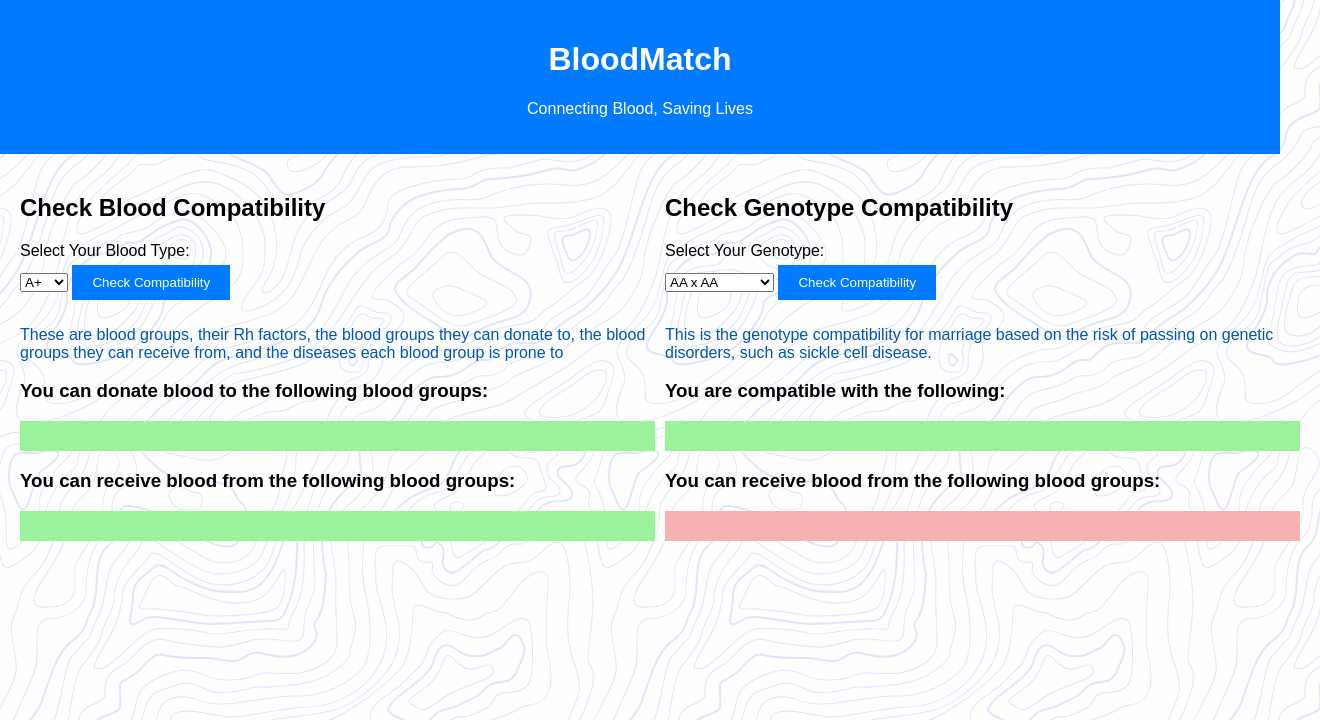
Repository: JuliusMonday/BloodMatch
Page: index.html
These files come from the project's save history. The page is drawn as it stood at one moment and after the next save; the edit follows.
The browser window is 1280 px wide. The page is 1320 px wide, so the pictures cover 1320 px, including what lies to the right of the window. The pictures show the whole page.

Above is the page before, as saved 2024-05-03 11:32:20.

### index.html
<!DOCTYPE html>
<html lang="en">
<head>
  <meta charset="UTF-8">
  <meta name="viewport" content="width=device-width, initial-scale=1.0">
  <title>BloodMatch</title>
  <link rel="stylesheet" href="style.css">
</head>
<body>
  <header>
    <h1>BloodMatch</h1>
    <p>Connecting Blood, Saving Lives</p>
  </header>
  <main>
    <section id="bloodType">
      <h1>Check Blood Compatibility</h1>
      <label for="selectBloodType">Select Your Blood Type:</label>
      <select id="selectBloodType">
        <option value="A+">A+</option>
        <option value="A-">A-</option>
        <option value="B+">B+</option>
        <option value="B-">B-</option>
        <option value="AB+">AB+</option>
        <option value="AB-">AB-</option>
        <option value="O+">O+</option>
        <option value="O+">O+</option>
      </select>
      <button onclick="checkBloodCompatibility()">Check Compatibility</button>
      <div id="compatibilityResult">
        <p class="p-s"> These are blood groups, their Rh factors, the blood groups they can donate to, the blood groups they can receive from, and the diseases each blood group is prone to</p>
        <div class="donate-to">
            <h3>You can donate blood to the following blood groups:</h3>
            <p id="donate-to-bg" style="background-color:rgb(154, 243, 154); padding:15px; font-weight: bold;"></p>
        </div>
        <div class="receive-from">
            <h3>You can receive blood from the following blood groups:</h3>
            <p id="receive-from-bg" style="background-color:rgb(154, 243, 154); padding:15px; font-weight: bold;"></p>
        </div>
      </div>
    </section>
    <section id="genotype">
      <h1>Check Genotype Compatibility</h1>
      <label for="selectGenotype">Select Your Genotype:</label>
      <select id="selectGenotype">
        <option value="AA x AA">AA x AA</option>
        <option value="AA x AS">AA x AS</option>
        <option value="AS x AS">AS x AS</option>
        <option value="SS x SS">SS x SS</option>
        <option value="AS x SC">AS x SC (rare)</option>
    </select>
      <button onclick="checkGenotypeCompatibility()">Check Compatibility</button>
      <div id="genotypeResult">
        <p class="p-s">This is the genotype compatibility for marriage based on the risk of passing on genetic disorders, such as sickle cell disease.</p>
        <div class="compatible-Gn">
            <h3>You are compatible with the following:</h3>
            <p id="compatible-Gns" style="background-color:rgb(154, 243, 154); padding:15px; font-weight: bold;"></p>
        </div>
        <div class="non-compatible">
            <h3>You can receive blood from the following blood groups:</h3>
            <p id="non-compatible-Gns" style="background-color: rgb(245, 178, 178); padding:15px; font-weight: bold;"></p>
        </div>
      </div>
    </div>
    </section>
  </main>
  <!-- <footer>
    <p>&copy; 2024 BloodMatch | JuTeLabs</p>
  </footer> -->
  <script src="script.js"></script>
</body>
</html>

### script.js
const checkBloodCompatibility = () =>{
    let selectedBloodType = document.getElementById("selectBloodType").value;
    let canDonateTo = document.getElementById("donate-to-bg");
    let canReceiveFrom = document.getElementById("receive-from-bg");

     // Logic to determine compatible blood types
    switch(selectedBloodType) {
      case "A+":
        canDonateTo.textContent = `You can only donate blood to: A+ and AB+ only`;
        canReceiveFrom.textContent = `You can only receive blood from: A+, A-, O+, and O-`;
        break;
      case "A-":
        canDonateTo.textContent = `You can only donate blood to: A+, A-, AB+, AB- only`;
        canReceiveFrom.textContent = `You can only receive blood from: A-, and O-`;
        break;
      case "B+":
        canDonateTo.textContent = `You can only donate blood to: A+ and AB+ only`;
        canReceiveFrom.textContent = `You can only receive blood from: B+, and AB+`;
        break;
      case "B-":
        canDonateTo.textContent = `You can only donate blood to: AB-, AB+, B+, and B- only`;
        canReceiveFrom.textContent = `You can only receive blood from: B-, and O-`;
        break;
      case "AB+":
        canDonateTo.textContent = `You can only donate blood to: AB+ only`;
        canReceiveFrom.textContent = `You can only receive blood from: EVERYONE✨✔🙌`;
        break;
      case "AB-":
        canDonateTo.textContent = `You can only donate blood to: AB+ and AB- only`;
        canReceiveFrom.textContent = `You can only receive blood from: AB-, A-, B-, and O-`;
        break;
      case "O+":
        canDonateTo.textContent = `You can only donate blood to: A+, AB+, B+, AND O+ only`;
        canReceiveFrom.textContent = `You can only receive blood from: O+, and O-`;
        break;
      case "O-":
        canDonateTo.textContent = `You can only donate blood to: EVERYONE✨✔🙌`;
        canReceiveFrom.textContent = `You can only receive blood from: Only O-`;
        break;
    }

  }

  const checkGenotypeCompatibility = () => {
    let selectedGenotype = document.getElementById("selectGenotype").value;
    let canMarry = document.getElementById("compatible-Gns");
    let cannotMary = document.getElementById("non-compatible-Gns")


    // Logic to determine compatible genotypes
    switch(selectedGenotype) {
      case "AA x AA":
        canMarry.textContent = `Offspring Genotype Possibilities: AA (all children)`
        cannotMary.textContent = `SCD Risk in Offspring: No SCD risk`
        break;
      case "AA x AS":
        canMarry.textContent = `Offspring Genotype Possibilities: AA (50%) & AS (50%)`
        cannotMary.textContent = `SCD Risk in Offspring: No SCD risk for AA children, AS carriers for 50%`
        break;
      case "AS x AS":
        canMarry.textContent = `Offspring Genotype Possibilities: AA (25%), AS (50%), SS (25%)`
        cannotMary.textContent = `SCD Risk in Offspring: No SCD risk for AA children, 25% chance of SCD for SS children, 50% AS carriers`
        break;
      case "AS x SS":
        canMarry.textContent = `Offspring Genotype Possibilities: AS (50%) & SS (50%)`
        cannotMary.textContent = `SCD Risk in Offspring: 50% chance of SCD for both AS and SS children`
        break;
      case "SS x SS":
        canMarry.textContent = `Offspring Genotype Possibilities: SS (all children)`
        cannotMary.textContent = `SCD Risk in Offspring: All children will have SCD`
        break;
      case "AS x SC":
        canMarry.textContent = `Offspring Genotype Possibilities: AS (variable %), SC (variable %), SS (variable %)`
        cannotMary.textContent = `SCD Risk in Offspring: Varies depending on specific SC genotype - consult a genetic counselor`

    }
  }

Loaded but not shown: style.css (library)

After the next save:
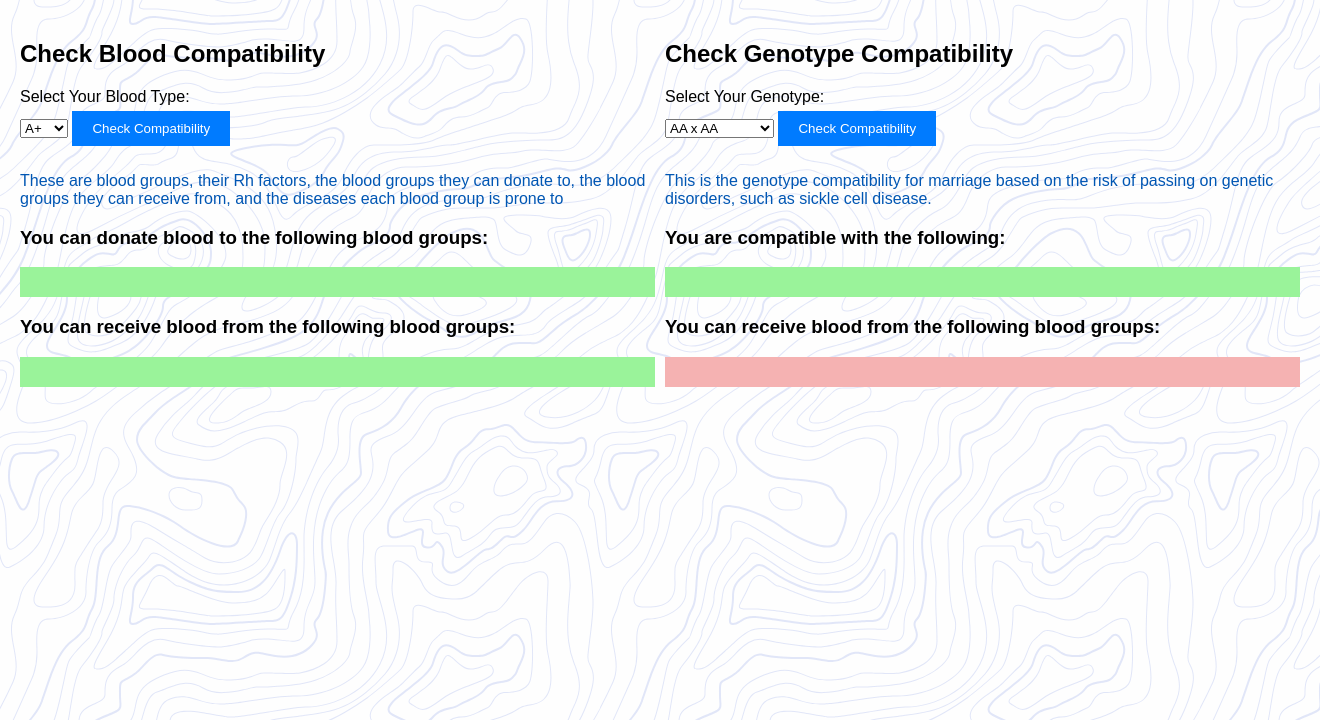
Saved 23 s later.
--- a/index.html
+++ b/index.html
@@ -7,10 +7,10 @@
   <link rel="stylesheet" href="style.css">
 </head>
 <body>
-  <header>
+  <!-- <header>
     <h1>BloodMatch</h1>
     <p>Connecting Blood, Saving Lives</p>
-  </header>
+  </header> -->
   <main>
     <section id="bloodType">
       <h1>Check Blood Compatibility</h1>
